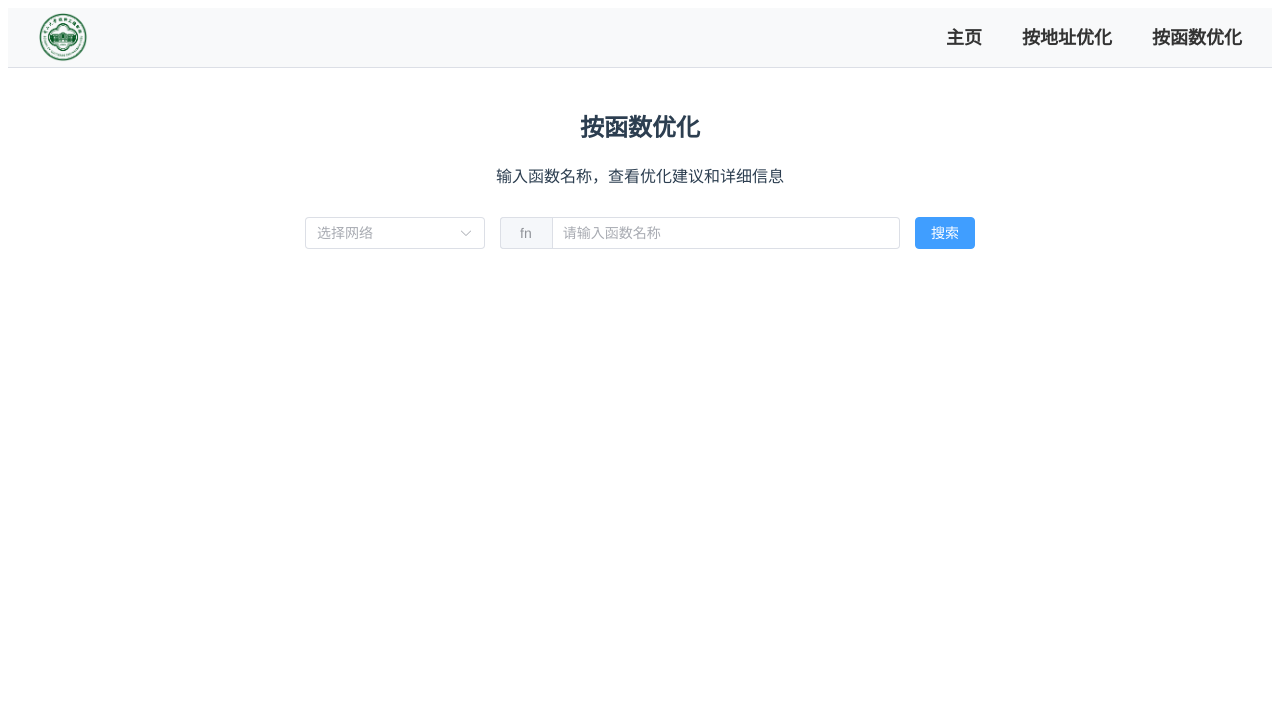
Repository: syckcoding/SmartHalo
Page: /function-optimization
An editor plug-in stored every save of this project. The page is shown before and after the next save, followed by the edit.
The browser window is 1280 px wide. The pictures show the whole page.
The project was rebuilt for these pictures with package versions that can differ from the ones it lists, and the page was loaded fresh each time. Also part of the build but not shown: vite.config.js, src/components/HomePage.vue, src/views/Home.vue, src/views/Detail.vue, src/components/AddressOptimization.vue.

Above is the page before, as saved 2024-10-06 09:53:54.

### src/main.js
import { createApp } from 'vue';
import App from './App.vue';
import router from './router';
import ElementPlus from 'element-plus';
import 'element-plus/dist/index.css';

createApp(App).use(router).use(ElementPlus).mount('#app');

### src/App.vue
<template>
  <div id="app">
    <Navbar />
    <router-view />
  </div>
</template>

<script>
import Navbar from './components/Navbar.vue';

export default {
  components: {
    Navbar,
  },
};
</script>

<style>
/* 样式设置 */
#app {
  font-family: Avenir, Helvetica, Arial, sans-serif;
  text-align: center;
  color: #2c3e50;
}
</style>

### src/router/index.js
import { createRouter, createWebHistory } from 'vue-router';
import Home from '../views/Home.vue';
import Detail from '../views/Detail.vue';
import AddressOptimization from '@/components/AddressOptimization.vue';
import FunctionOptimization from '@/components/FunctionOptimization.vue';

const routes = [
  { path: '/', name: 'Home', component: Home },
  { path: '/detail/:id', name: 'Detail', component: Detail, props: true },
  { path: '/address-optimization', name: 'AddressOptimization', component: AddressOptimization },
  { path: '/function-optimization', name: 'FunctionOptimization', component: FunctionOptimization },
];

const router = createRouter({
  history: createWebHistory(process.env.BASE_URL),
  routes,
});

export default router;

### src/components/Navbar.vue
<template>
  <el-menu :default-active="activeIndex" class="el-menu-demo" mode="horizontal" router>
    <el-menu-item index="0" class="logo-item">
      <img src="@/assets/intro-image.png" alt="工具LOGO" class="intro-logo" />
    </el-menu-item>
    <div class="menu-right">
      <el-menu-item index="1" @click="goToHome">主页</el-menu-item>
      <el-menu-item index="2" @click="goToAddressOptimization">按地址优化</el-menu-item>
      <el-menu-item index="3" @click="goToFunctionOptimization">按函数优化</el-menu-item>
    </div>
  </el-menu>
</template>

<script>
export default {
  data() {
    return {
      activeIndex: '1',
    };
  },
  methods: {
    goToHome() {
      this.activeIndex = '1';
      this.$router.push({ name: 'Home' });
    },
    goToAddressOptimization() {
      this.activeIndex = '2';
      this.$router.push({ name: 'AddressOptimization' });
    },
    goToFunctionOptimization() {
      this.activeIndex = '3';
      this.$router.push({ name: 'FunctionOptimization', params: { mode: 'function' } });
    },
  },
};
</script>

<style scoped>
.el-menu-demo {
  background-color: #f8f9fa;  /* 浅灰色背景，与主页阴影一致 */
  color: #333;
  padding: 10px;
  display: flex;  /* 使用Flex布局 */
  align-items: center;
  justify-content: space-between; /* 主轴两端对齐，使左侧logo与右侧菜单分别靠边 */
}

.logo-item {
  pointer-events: none;
}

.intro-logo {
  width: 50px;
  height: 50px;
  margin-right: 20px;
}

.el-menu-demo .el-menu-item {
  color: #333;
  font-size: 18px;
  font-weight: bold;
  padding: 0 20px;
  transition: color 0.3s ease;
}

.menu-right {
  display: flex;
}
</style>

### src/components/FunctionOptimization.vue
<template>
    <div class="function-optimization-page">
      <div class="header">
        <h2>按函数优化</h2>
        <p>输入函数名称，查看优化建议和详细信息</p>
      </div>

      <div class="search-section">
        <el-select v-model="selectedNetwork" placeholder="选择网络" class="network-select">
          <el-option label="Ethereum" value="eth"></el-option>
          <el-option label="Bitcoin" value="btc"></el-option>
          <el-option label="Binance Smart Chain" value="bsc"></el-option>
        </el-select>
        <el-input v-model="searchQuery" placeholder="请输入函数名称" class="function-input">
          <template #prepend>fn</template>
        </el-input>
        <el-button type="primary" @click="handleSearch">搜索</el-button>
      </div>

      <div v-if="searchResult" class="result">
        <el-card class="result-card">
          <h3>搜索结果</h3>
          <p>{{ searchResult }}</p>
          <el-alert type="success" title="优化成功" description="该函数经过优化，性能和效率得到了显著提升。" show-icon></el-alert>
        </el-card>
      </div>
    </div>
  </template>

  <script>
  export default {
    data() {
      return {
        selectedNetwork: '',
        searchQuery: '',
        searchResult: '',
      };
    },
    methods: {
      handleSearch() {
        if (this.searchQuery) {
          this.searchResult = `您输入的函数名称是：${this.searchQuery}`;
        } else {
          this.$message({
            message: '请输入有效的函数名称',
            type: 'warning',
          });
        }
      },
    },
  };
  </script>

  <style scoped>
  .function-optimization-page {
    padding: 20px;
    text-align: center;
  }

  .header {
    margin-bottom: 30px;
  }

  .search-section {
    display: flex;
    justify-content: center;
    align-items: center;
    gap: 15px;
    margin-bottom: 40px;
  }

  .network-select {
    width: 180px;
  }

  .function-input {
    width: 400px;
  }

  .result {
    display: flex;
    justify-content: center;
  }

  .result-card {
    width: 500px;
    text-align: left;
    padding: 20px;
  }
  </style>

Loaded but not shown: index.html (common file)

After the next save:
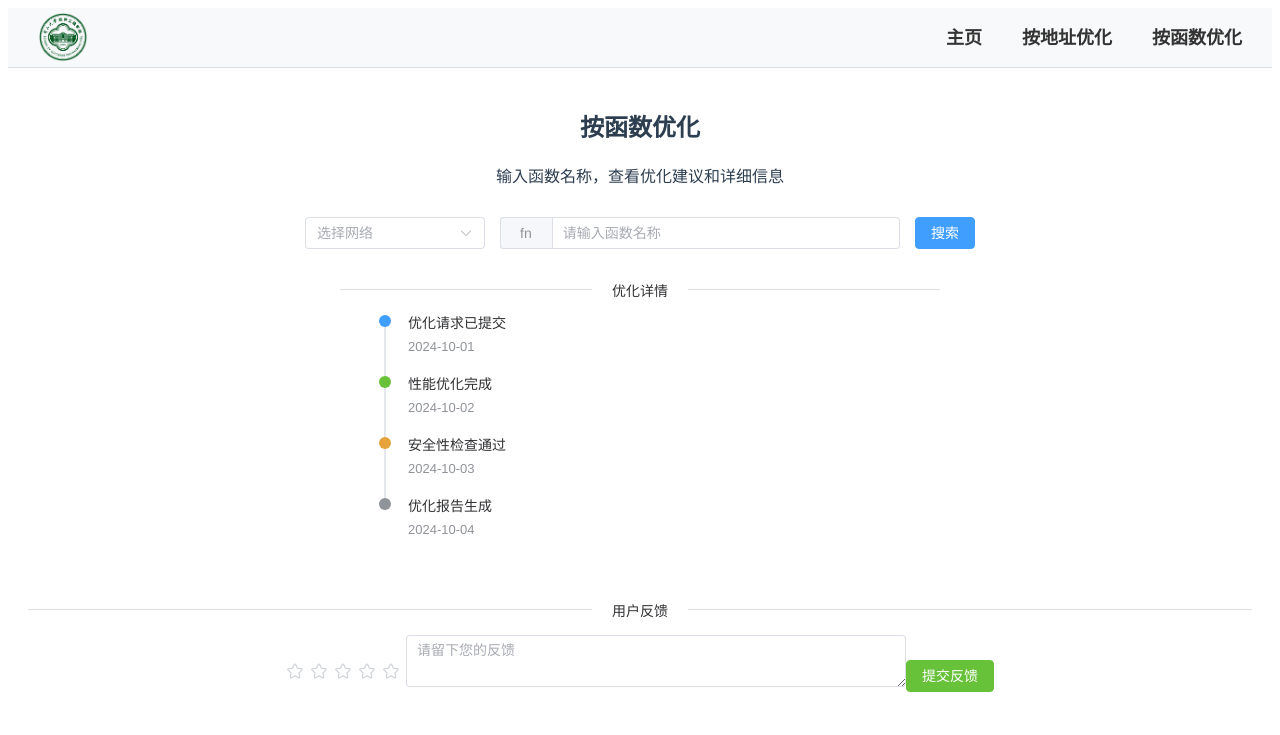
Saved 4 min 31 s later.
--- a/src/components/FunctionOptimization.vue
+++ b/src/components/FunctionOptimization.vue
@@ -1,4 +1,4 @@
-<template>
+<!-- <template>
     <div class="function-optimization-page">
       <div class="header">
         <h2>按函数优化</h2>
@@ -87,4 +87,151 @@
     text-align: left;
     padding: 20px;
   }
+  </style> -->
+
+  <template>
+    <div class="function-optimization-page">
+      <div class="header">
+        <h2>按函数优化</h2>
+        <p>输入函数名称，查看优化建议和详细信息</p>
+      </div>
+
+      <div class="search-section">
+        <el-select v-model="selectedNetwork" placeholder="选择网络" class="network-select">
+          <el-option label="Ethereum" value="eth"></el-option>
+          <el-option label="Bitcoin" value="btc"></el-option>
+          <el-option label="Binance Smart Chain" value="bsc"></el-option>
+        </el-select>
+        <el-input v-model="searchQuery" placeholder="请输入函数名称" class="function-input">
+          <template #prepend>fn</template>
+        </el-input>
+        <el-button type="primary" @click="handleSearch">搜索</el-button>
+      </div>
+
+      <div v-if="searchResult" class="result">
+        <el-card class="result-card">
+          <h3>搜索结果</h3>
+          <p>{{ searchResult }}</p>
+          <el-alert type="success" title="优化成功" description="该函数经过优化，性能和效率得到了显著提升。" show-icon></el-alert>
+        </el-card>
+      </div>
+
+      <div class="additional-info" v-if="additionalInfo">
+        <el-divider>优化详情</el-divider>
+        <el-timeline>
+          <el-timeline-item timestamp="2024-10-01" type="primary">优化请求已提交</el-timeline-item>
+          <el-timeline-item timestamp="2024-10-02" type="success">性能优化完成</el-timeline-item>
+          <el-timeline-item timestamp="2024-10-03" type="warning">安全性检查通过</el-timeline-item>
+          <el-timeline-item timestamp="2024-10-04" type="info">优化报告生成</el-timeline-item>
+        </el-timeline>
+      </div>
+
+      <div class="feedback-section">
+        <el-divider>用户反馈</el-divider>
+        <el-rate v-model="rating" show-text class="rating"></el-rate>
+        <el-input type="textarea" v-model="feedback" placeholder="请留下您的反馈" class="feedback-input"></el-input>
+        <el-button type="success" @click="submitFeedback">提交反馈</el-button>
+      </div>
+    </div>
+  </template>
+
+  <script>
+  export default {
+    data() {
+      return {
+        selectedNetwork: '',
+        searchQuery: '',
+        searchResult: '',
+        additionalInfo: true,
+        rating: 0,
+        feedback: '',
+      };
+    },
+    methods: {
+      handleSearch() {
+        if (this.searchQuery) {
+          this.searchResult = `您输入的函数名称是：${this.searchQuery}`;
+        } else {
+          this.$message({
+            message: '请输入有效的函数名称',
+            type: 'warning',
+          });
+        }
+      },
+      submitFeedback() {
+        if (this.feedback) {
+          this.$message({
+            message: '感谢您的反馈！',
+            type: 'success',
+          });
+          this.feedback = '';
+          this.rating = 0;
+        } else {
+          this.$message({
+            message: '请填写反馈内容',
+            type: 'warning',
+          });
+        }
+      },
+    },
+  };
+  </script>
+
+  <style scoped>
+  .function-optimization-page {
+    padding: 20px;
+    text-align: center;
+  }
+
+  .header {
+    margin-bottom: 30px;
+  }
+
+  .search-section {
+    display: flex;
+    justify-content: center;
+    align-items: center;
+    gap: 15px;
+    margin-bottom: 40px;
+  }
+
+  .network-select {
+    width: 180px;
+  }
+
+  .function-input {
+    width: 400px;
+  }
+
+  .result {
+    display: flex;
+    justify-content: center;
+  }
+
+  .result-card {
+    width: 500px;
+    text-align: left;
+    padding: 20px;
+  }
+
+  .additional-info {
+    margin-top: 40px;
+    text-align: left;
+    max-width: 600px;
+    margin-left: auto;
+    margin-right: auto;
+  }
+
+  .feedback-section {
+    margin-top: 50px;
+  }
+
+  .rating {
+    margin-bottom: 20px;
+  }
+
+  .feedback-input {
+    width: 500px;
+    margin-bottom: 20px;
+  }
   </style>
